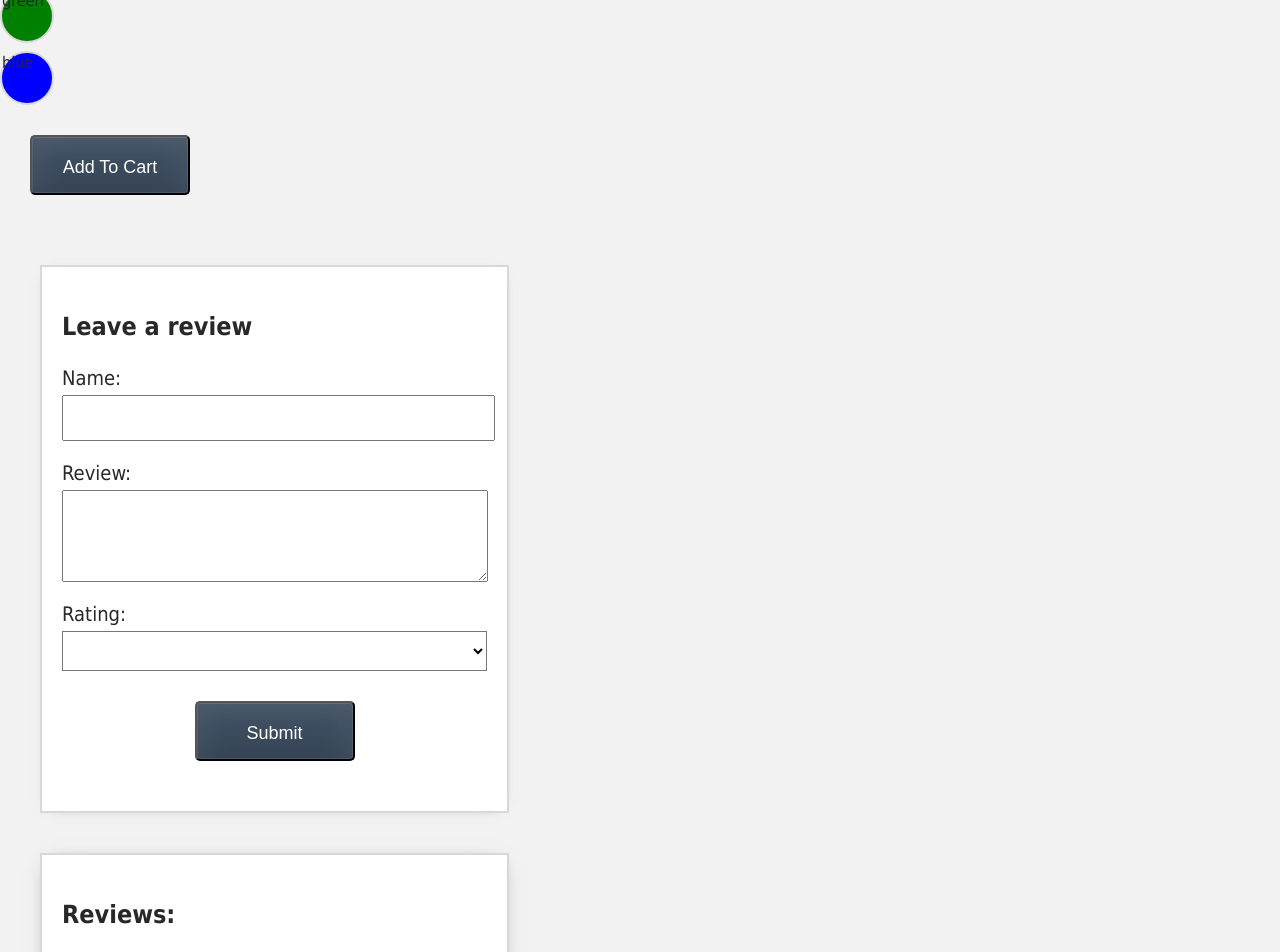
Repository: assassinhua/lab1
Page: index.html
The author's editor kept a copy of each file at every save. The page is drawn from the files as they stood at one save, then again after the next save.
The browser window is 1280 px wide. The pictures show the part of the page from y = 891 to 1843 px (the page is 2034 px tall before and 1283 px after).
A picture or video elsewhere on the page could not be fetched, so the positions and the page height are approximate.

Above is the page before, as saved 2024-10-24 18:57:54.
Console error: SyntaxError: Cannot use import statement outside a module

### index.html
<!DOCTYPE html>
<html lang="en">

<head>
    <meta charset="UTF-8" />
    <title>Intro SE331</title>
    <!-- Import Styles -->
    <link rel="stylesheet" href="./assets/styles.css" />
    <!-- Import Vue.js -->
    <script src="https://unpkg.com/vue@3/dist/vue.global.js"></script>
</head>

<body>
    <div id="app">
        <div class="nav-bar"></div>
        <div class="cart">Cart({{cart}})</div>
        <div class="product-display">
            <div class="product-container">
                <div class="product-image">
                    <img :src="image" :class="{'out-of-stock-image':!inStock}" alt="product-image">
                </div>
            </div>
        </div>
        <div class="product-info">
            <h1>{{title}}</h1>
            <a :href="productUrl" target="_blank">
                <h1>{{product}}</h1>
            </a>
            <p v-if="inventory > 10">In Stock</p>
            <p v-else-if="inventory <= 10 && inventory > 0">Almost out of Stock</p>
            <p v-else>Out Stock</p>
            <button class="button" @click="toggleInStock">
                {{ inStock ? 'In Stock' : ' Out of Stock' }}
            </button>

            <ul>
                <li v-for="size in sizes">{{size}}</li>
            </ul>
             <div v-for="(variant,index) in variants" :key="variant.id"
             @mouseover="updateVariant(index)"
             class="color-circle" :style="{backgroundColor: variant.color}">
                                {{ variant.color}}
            </div>


            <button class="button" :disabled='!inStock'
            @click="addToCart" :class="{disabledButton: !inStock}">Add To
                Cart</button>
            </div>

            <!-- review-form.html -->
            <form class="review-form" @submit.prevent="onSubmit">
              <h3>Leave a review</h3>
              <label for="name">Name:</label>
              <input id="name" v-model="name">

              <label for="review">Review:</label>
              <textarea id="review" v-model="review"></textarea>

              <label for="rating">Rating:</label>
              <select id="rating" v-model.number="rating">
                <option value="5">5</option>
                <option value="4">4</option>
                <option value="3">3</option>
                <option value="2">2</option>
                <option value="1">1</option>
              </select>

              <input class="button" type="submit" value="Submit">
            </form>

            <div class="review-container">
              <h3>Reviews:</h3>
              <ul>
              <li v-for="(review, index) in reviews" :key="index">
                  {{ review.name }} gave this {{ review.rating }} stars
                  <br/>
                  "{{ review.review }}"
                  <br/>
                  <span v-if="review.recommend">Would recommend</span>
          <span v-else>Would not recommend</span>
              </li>
              </ul>
          </div>

            <p v-if="onSale">{{isOnSale}}</p>
            <p v-else>not on sale</p>
            <ul>
                <li v-for="detail in details">{{detail}}</li>
            </ul>

            <span v-for="productSize in productSizes" :key="productSize.id">
                {{ productSize.size}}
            </span>



        </div>

    </div>

    <!-- Import Js -->
    <script src="./main.js"></script>
    <script src="./component/ReviewForm.js"></script>
    <script src="./component/ReviewList.js"></script>
</body>

</html>

### assets/styles.css
body {
  background-color: #f2f2f2;
  margin: 0px;
  font-family: tahoma;
  color: #282828;
}

.button {
  margin: 30px;
  background-color: #39495c;
  border-radius: 5px;
  font-size: 18px;
  width: 160px;
  height: 60px;
  color: white;
  padding: 20px;
  box-shadow: inset 0 -0.6em 1em -0.35em rgba(0, 0, 0, 0.17),
    inset 0 0.6em 2em -0.3em rgba(255, 255, 255, 0.15),
    inset 0 0 0em 0.05em rgba(255, 255, 255, 0.12);
  text-align: center;
  cursor: pointer;
}

.cart {
  margin: 25px 100px;
  float: right;
  border: 1px solid #d8d8d8;
  padding: 10px 30px;
  background-color: white;
  -webkit-box-shadow: 0px 2px 15px -12px rgba(0, 0, 0, 0.57);
  -moz-box-shadow: 0px 2px 15px -12px rgba(0, 0, 0, 0.57);
  box-shadow: 2px 15px -12px rgba(0, 0, 0, 0.57);
}

.color-circle {
  width: 50px;
  height: 50px;
  margin-top: 8px;
  border: 2px solid #d8d8d8;
  border-radius: 50%;
}


.disabledButton {
  background-color: #d8d8d8;
  cursor: not-allowed;
}

h1 {
  font-size: 50px;
}

h3 {
  font-size: 25px;
}

img {
  border: 2px solid #d8d8d8;
  width: 70%;
  margin: 40px;
  padding: 15px;
  -webkit-box-shadow: 0px 2px 15px -12px rgba(0, 0, 0, 0.57);
  -moz-box-shadow: 0px 2px 15px -12px rgba(0, 0, 0, 0.57);
  box-shadow: 2px 15px -12px rgba(0, 0, 0, 0.57);
}

input {
  width: 100%;
  height: 40px;
  margin-bottom: 20px;
}

label {
  font-size: 20px;
  margin-bottom: 5px;
}

li {
  font-size: 18px;
}

.nav-bar {
  background: linear-gradient(-90deg, #84cf6a, #16c0b0);
  height: 60px;
  margin-bottom: 25px;
  -webkit-box-shadow: 0px 2px 15px -12px rgba(0, 0, 0, 0.57);
  -moz-box-shadow: 0px 2px 15px -12px rgba(0, 0, 0, 0.57);
  box-shadow: 1px 1px 5px rgba(0, 0, 0, 0.57);
}

.out-of-stock-image {
  filter: grayscale(100%); /* 这将使图片变为灰色 */
}

p {
  font-size: 22px;
}

.product-display {
  display: flex;
  flex-direction: column;
  padding: 1rem;
}

.product-container {
  display: flex;
  flex-direction: row;
  flex-wrap: wrap;
}

.product-image,
.product-info {
  width: 50%;
}

.review-form {
  display: flex;
  flex-direction: column;
  width: 425px;
  padding: 20px;
  margin: 40px;
  border: 2px solid #d8d8d8;
  background-color: white;
  -webkit-box-shadow: 0px 2px 15px -12px rgba(0, 0, 0, 0.57);
  -moz-box-shadow: 0px 2px 15px -12px rgba(0, 0, 0, 0.57);
  box-shadow: 2px 15px -12px rgba(0, 0, 0, 0.57);
}

.review-container {
  width: 425px;
  padding: 20px;
  background-color: white;
  -webkit-box-shadow: 0px 2px 20px -12px rgba(0, 0, 0, 0.57);
  -moz-box-shadow: 0px 2px 20px -12px rgba(0, 0, 0, 0.57);
  box-shadow: 2px 20px -12px rgba(0, 0, 0, 0.57);
  margin-left: 40px;
  border: 2px solid #d8d8d8;
}

.review-container li {
  margin-bottom: 30px;
}

.review-form .button {
  display: block;
  margin: 30px auto;
}

select {
  height: 40px;
  font-size: 20px;
  background-color: white;
  cursor: pointer;
}

textarea {
  width: 95%;
  height: 70px;
  padding: 10px;
  font-size: 20px;
  margin-bottom: 20px;
}

ul {
  list-style-type: none;
}

@media only screen and (max-width: 600px) {
  .container {
    flex-direction: column;
  }

  .product-image,
  .product-info {
    margin-left: 10px;
    width: 100%;
  }

  .review-form {
    width: 90%;
  }
}

### main.js
const { createApp, ref, computed } = Vue

createApp({
    setup() {
        const product = ref('Boots')
        const brand = ref('SE 331')
        const productUrl = 'http://www.camt.cmu.ac.th'
        const inventory = ref(5)
        const onSale = ref(true)
        const details = ref([
            '50% cotton',
            '30% wool',
            '20% polyester'
        ])
        const variants = ref([
            { id: 2234, color: 'green', image: './assets/images/socks_green.jpg', quantity: 50 },
            { id: 2235, color: 'blue', image: './assets/images/socks_blue.jpg', quantity: 0 }
        ])
        const selectedVariant = ref(0)
        const productSizes = ref([
            { id: 1, size: 'S' },
            { id: 2, size: 'M' },
            { id: 3, size: 'L' },
        ])
        const cart = ref(0)
        function addToCart() {
            cart.value += 1
        }
        const title = computed(() => {
            return brand.value + ' ' + product.value
        })
        const isOnSale = computed(() => {
            return brand.value + ' ' + product.value + ' ' + 'is on sale'
        })
        function updateImage(variantImage) {
            image.value = variantImage
        }
        function updateVariant(index) {
            selectedVariant.value = index;
        }
        const image = computed(() => {
            return variants.value[selectedVariant.value].image
        })
        const inStock = computed(() => {
            return variants.value[selectedVariant.value].quantity
        })
        const toggleInStock = () => {
            const currentVariant = variants.value[selectedVariant.value];
            currentVariant.quantity = currentVariant.quantity > 0 ? 0 : 50;
        }
        const reviews = ref([]);

        // 假设我们有一个表单对象来存储用户的输入
        const form = ref({
            name: '',
            review: '',
            rating: 5,
        });

        // 提交表单的函数
        const handleSubmit = (event) => {
            event.preventDefault();
            const recommend = prompt('Would you recommend this product? (yes/no)');
            reviews.value.push({
                name: form.value.name,
                review: form.value.review,
                rating: form.value.rating,
                recommend: recommend.toLowerCase() === 'yes',
            });
            // 重置表单
            form.value = { name: '', review: '', rating: 5 };
        }
        return {
            product,
            brand,
            title,
            isOnSale,
            image,
            productUrl,
            inStock,
            inventory,
            onSale,
            details,
            variants,
            selectedVariant,
            productSizes,
            cart,
            form,
            handleSubmit, // 将提交表单的函数暴露给模板
            reviews,
            addToCart,
            updateImage,
            toggleInStock,
            updateVariant,


        }
    }

}).mount('#app')

### component/ReviewForm.js
import { reactive, toRefs, defineEmits } from 'vue';

const reviewForm = {
  template: /*html*/ `
    <form class="review-form" @submit.prevent="onSubmit">
      <h3>Leave a review</h3>
      <label for="name">Name:</label>
      <input id="name" v-model="name">

      <label for="review">Review:</label>
      <textarea id="review" v-model="review"></textarea>

      <label for="rating">Rating:</label>
      <select id="rating" v-model.number="rating">
        <option value="5">5</option>
        <option value="4">4</option>
        <option value="3">3</option>
        <option value="2">2</option>
        <option value="1">1</option>
      </select>

      <input class="button" type="submit" value="Submit">
    </form>
  `,
  setup() {
    const form = reactive({
      name: '',
      review: '',
      rating: null
    });

    const emit = defineEmits(['review-submitted']);

    function onSubmit() {
      if (form.name === '' || form.review === '' || form.rating === null) {
        alert('Review is incomplete. Please fill out every field.');
        return;
      }

      const productReview = {
        name: form.name,
        review: form.review,
        rating: form.rating
      };

      emit('review-submitted', productReview);

      // 重置表单
      form.name = '';
      form.review = '';
      form.rating = null;
    }

    // 使用 toRefs 将 form 的属性转换为响应式引用，并返回它们
    return {
      ...toRefs(form) // 这将返回 { name, review, rating } 作为响应式引用
    };
  }
};

export default reviewForm;

### component/ReviewList.js
const reviewList = {

        template:
            /*html*/
            `
        <div class="review-container">
            <h3>Reviews:</h3>
            <ul>
            <li v-for="(review, index) in reviews" :key="index">
                {{ review.name }} gave this {{ review.rating }} stars
                <br/>
                "{{ review.review }}"
                <br/>
                <span v-if="review.recommend">Would recommend</span>
        <span v-else>Would not recommend</span>
            </li>
            </ul>
        </div>
            `
        ,props: {
            reviews: {
                type: Array

            }
        },
        setup(props){
            const reviews = props.reviews
            return {
                reviews
            }
        }
    }

After the next save:
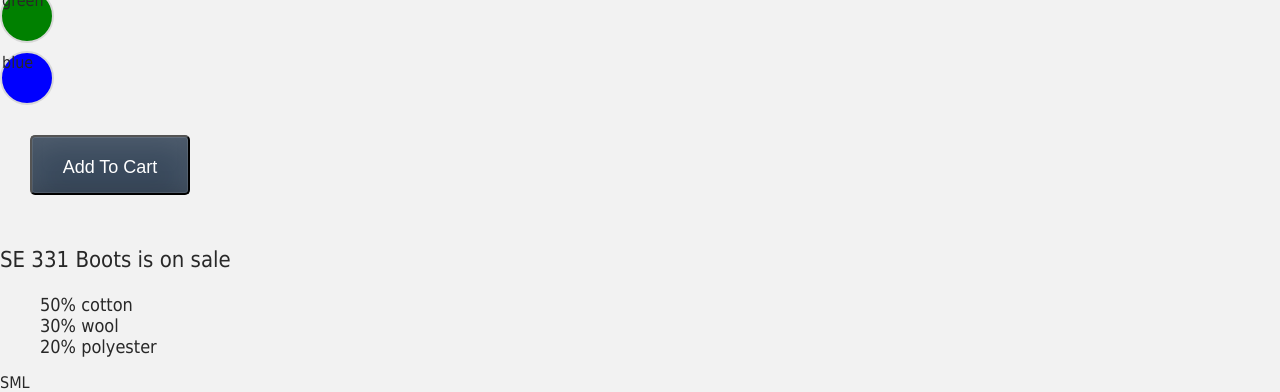
Saved 87 min 16 s later.
--- a/index.html
+++ b/index.html
@@ -48,40 +48,7 @@
                 Cart</button>
             </div>
 
-            <!-- review-form.html -->
-            <form class="review-form" @submit.prevent="onSubmit">
-              <h3>Leave a review</h3>
-              <label for="name">Name:</label>
-              <input id="name" v-model="name">
 
-              <label for="review">Review:</label>
-              <textarea id="review" v-model="review"></textarea>
-
-              <label for="rating">Rating:</label>
-              <select id="rating" v-model.number="rating">
-                <option value="5">5</option>
-                <option value="4">4</option>
-                <option value="3">3</option>
-                <option value="2">2</option>
-                <option value="1">1</option>
-              </select>
-
-              <input class="button" type="submit" value="Submit">
-            </form>
-
-            <div class="review-container">
-              <h3>Reviews:</h3>
-              <ul>
-              <li v-for="(review, index) in reviews" :key="index">
-                  {{ review.name }} gave this {{ review.rating }} stars
-                  <br/>
-                  "{{ review.review }}"
-                  <br/>
-                  <span v-if="review.recommend">Would recommend</span>
-          <span v-else>Would not recommend</span>
-              </li>
-              </ul>
-          </div>
 
             <p v-if="onSale">{{isOnSale}}</p>
             <p v-else>not on sale</p>
